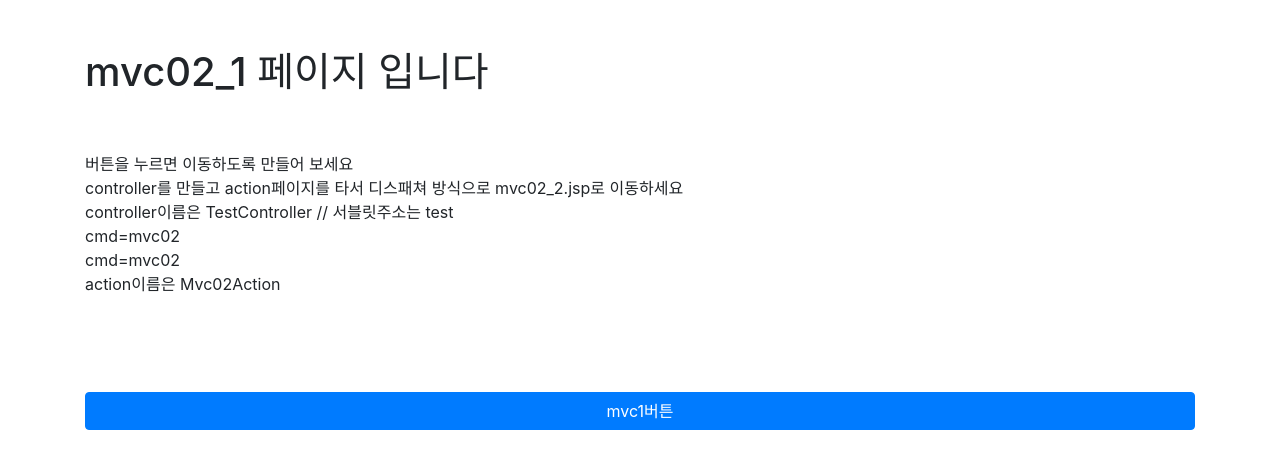
Repository: jaybon1/clone1
Page: http://localhost/sat0613/mvc06_1.jsp
The author's editor kept a copy of each file at every save. The page is drawn from the files as they stood at one save, then again after the next save.
The browser window is 1280 px wide. The pictures show the whole page.
The page is served by Tomcat 9.

Above is the page before, as saved 2020-06-10 16:11:59.

After the next save:
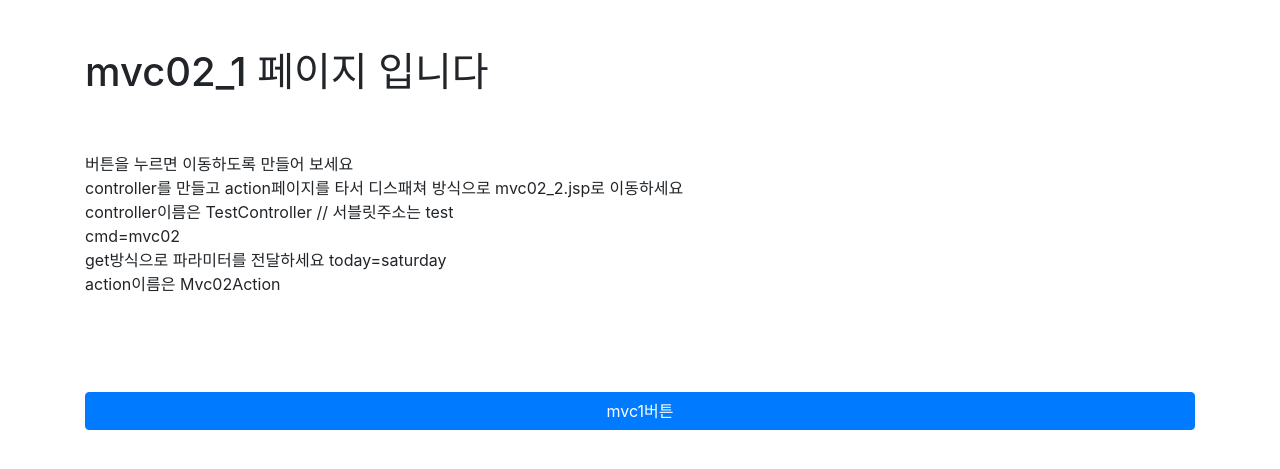
Saved 3 min 38 s later.
--- a/sat0613/WebContent/mvc06_1.jsp
+++ b/sat0613/WebContent/mvc06_1.jsp
@@ -20,7 +20,7 @@
 		<div> controller를 만들고 action페이지를 타서 디스패쳐 방식으로 mvc02_2.jsp로 이동하세요</div>
 		<div> controller이름은 TestController // 서블릿주소는 test</div>
 		<div> cmd=mvc02</div>
-		<div> cmd=mvc02</div>
+		<div> get방식으로 파라미터를 전달하세요 today=saturday</div>
 		<div> action이름은 Mvc02Action</div>
 		<br/>
 		<br/>
